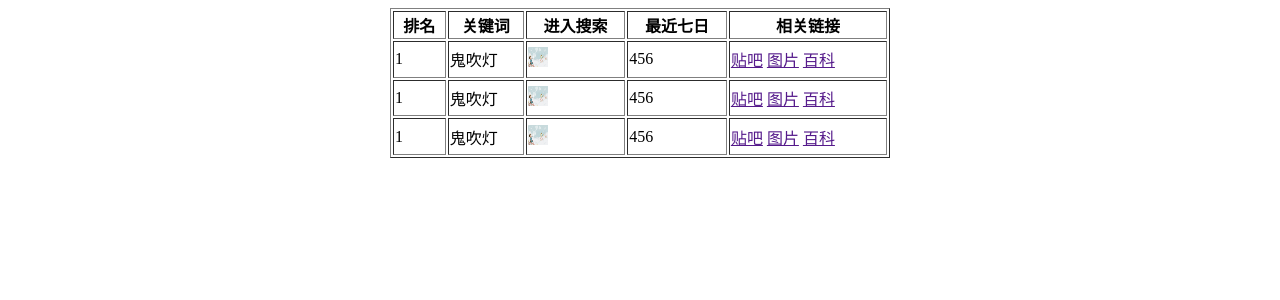
Repository: zhengdeya/web-based
Page: 28-今日小说排行榜/index.html
An editor plug-in stored every save of this project. The page is shown before and after the next save, followed by the edit.
The browser window is 1280 px wide. The pictures show the whole page.

Above is the page before, as saved 2021-04-09 15:52:53.

### 28-今日小说排行榜/index.html
<!DOCTYPE html>
<html lang="en">

<head>
    <meta charset="UTF-8">
    <meta http-equiv="X-UA-Compatible" content="IE=edge">
    <meta name="viewport" content="width=device-width, initial-scale=1.0">
    <title>今日小说排行榜</title>
    <link rel="stylesheet" href="style.css">
</head>

<body>
    <table align="center" border="1" width="500px">
        <thead>
            <tr>
                <th>排名</th>
                <th>关键词</th>
                <th>进入搜索</th>
                <th>最近七日</th>
                <th>相关链接</th>
            </tr>
        </thead>
        <tbody>
            <tr>
                <td>1</td>
                <td>鬼吹灯</td>
                <td><img src="imgs/jdk2y0mzbtajdk2y0mzbta.jpg" width="20px" height="20px"></td>
                <td>456</td>
                <td><a href="">贴吧</a> <a href="">图片</a> <a href="">百科</a></td>
            </tr>
            <tr>
                <td>1</td>
                <td>鬼吹灯</td>
                <td><img src="imgs/jdk2y0mzbtajdk2y0mzbta.jpg" width="20px" height="20px"></td>
                <td>456</td>
                <td><a href="">贴吧</a> <a href="">图片</a> <a href="">百科</a></td>
            </tr>
            <tr>
                <td>1</td>
                <td>鬼吹灯</td>
                <td><img src="imgs/jdk2y0mzbtajdk2y0mzbta.jpg" width="20px" height="20px"></td>
                <td>456</td>
                <td><a href="">贴吧</a> <a href="">图片</a> <a href="">百科</a></td>
            </tr>
        </tbody>
    </table>
</body>

</html>

### 28-今日小说排行榜/style.css
table {
    width: 500px;
    height: 150px;
}

After the next save:
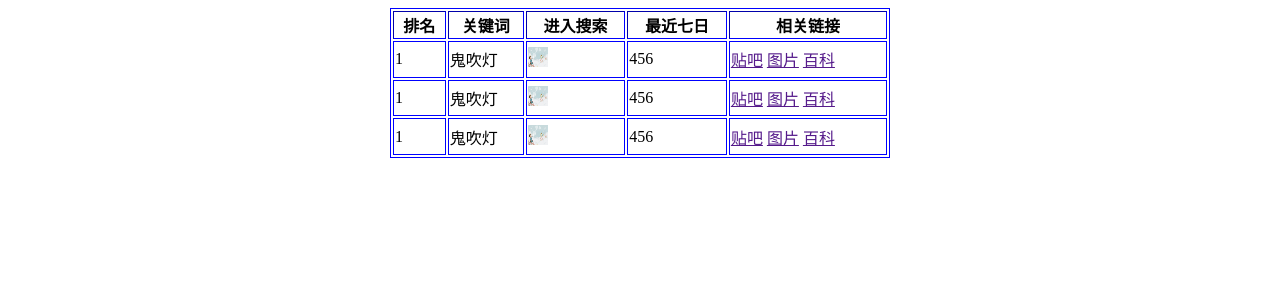
Saved 47 s later.
--- a/28-今日小说排行榜/style.css
+++ b/28-今日小说排行榜/style.css
@@ -2,3 +2,8 @@ table {
     width: 500px;
     height: 150px;
 }
+
+table,
+td {
+    border: 1px solid blue;
+}
